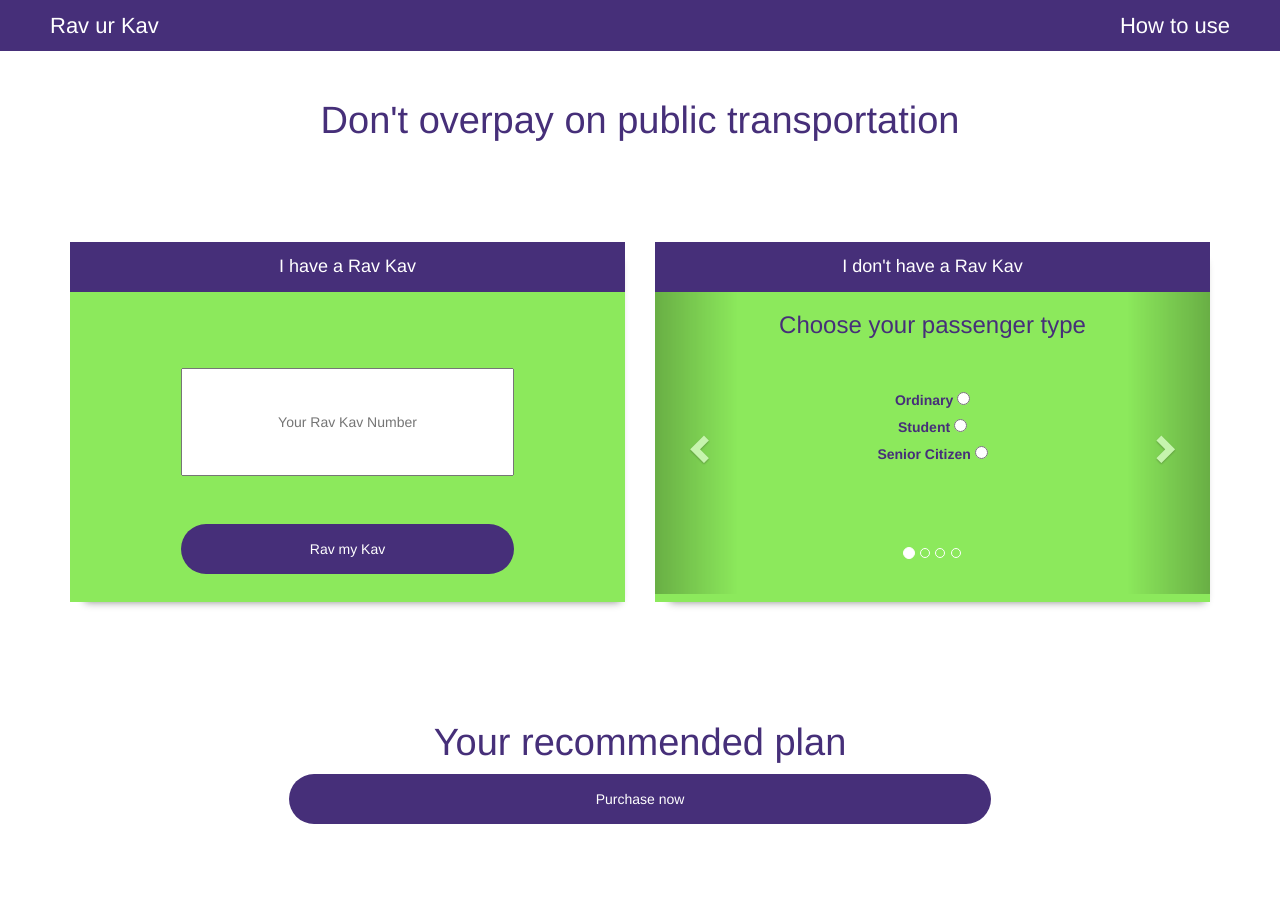
Repository: Louhla/Rav-ur-Kav
Page: index.html
The author's editor kept a copy of each file at every save. The page is drawn from the files as they stood at one save, then again after a run of saves.
The browser window is 1280 px wide. The pictures show the whole page.

Above is the page before, as saved 2019-07-18 13:28:28.

After the next 3 saves:
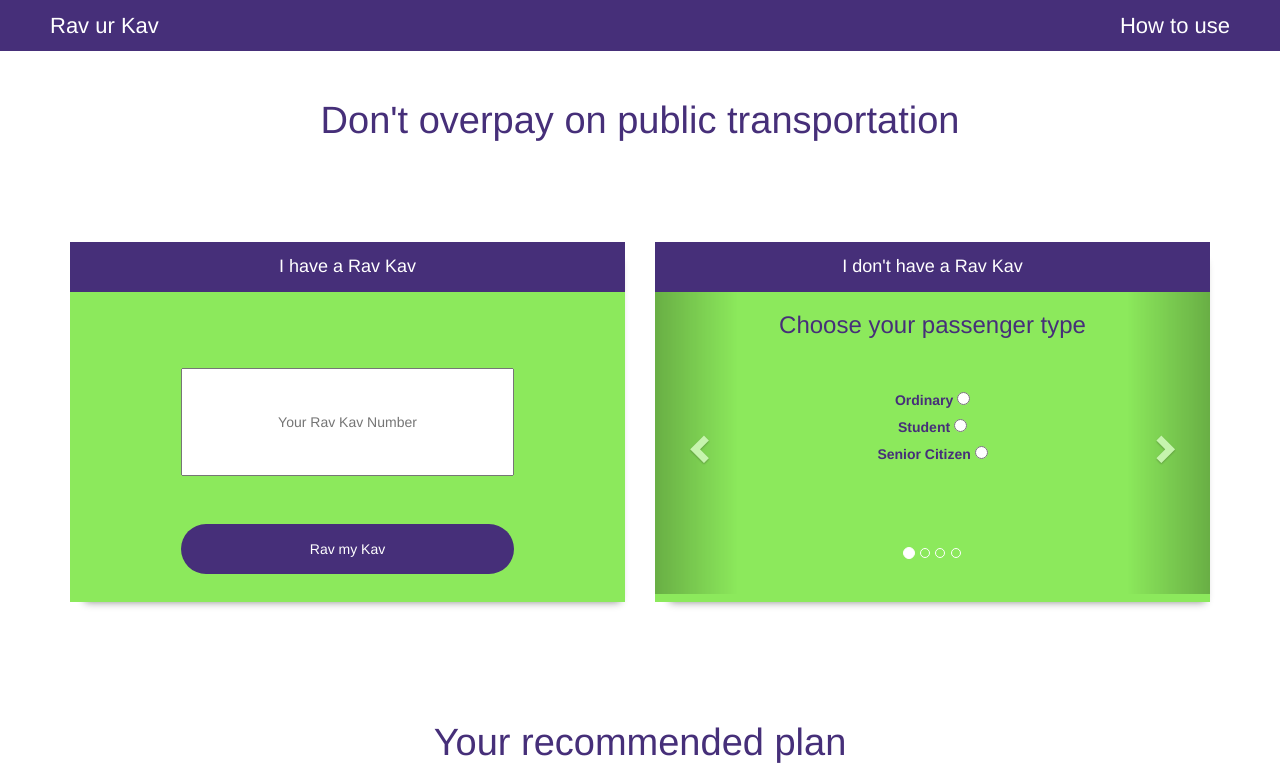
The 3 saves are shown as one change because they came seconds apart.
The last was saved 35 s later.
--- a/index.html
+++ b/index.html
@@ -189,7 +189,7 @@
             <div class="col-md-12 recommended-plan" id="recommended-plan">
                 <h2>Your recommended plan</h2>
                 <div id="plan1">
-                    Monthly Rav Kav Plan
+                    <diMonthly Rav Kav Plan
                 </div>
                 <button id="purchase">Purchase now</button>
             </div>

After the 3 saves that followed:
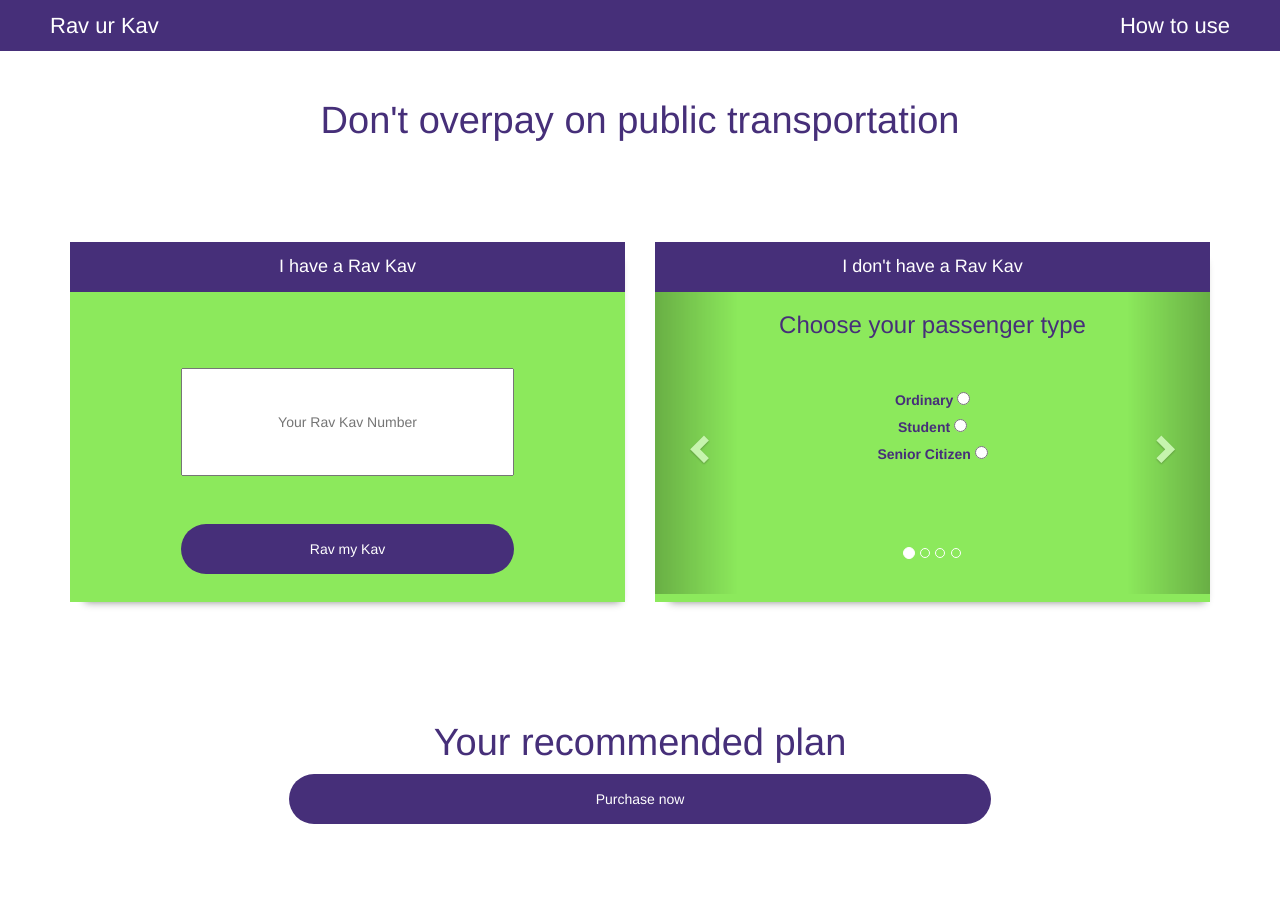
The 3 saves are shown as one change because they came seconds apart.
The last was saved 13 s later.
--- a/index.html
+++ b/index.html
@@ -189,7 +189,8 @@
             <div class="col-md-12 recommended-plan" id="recommended-plan">
                 <h2>Your recommended plan</h2>
                 <div id="plan1">
-                    <diMonthly Rav Kav Plan
+                    <div class="title">Monthly Rav Kav Plan</div>
+
                 </div>
                 <button id="purchase">Purchase now</button>
             </div>
